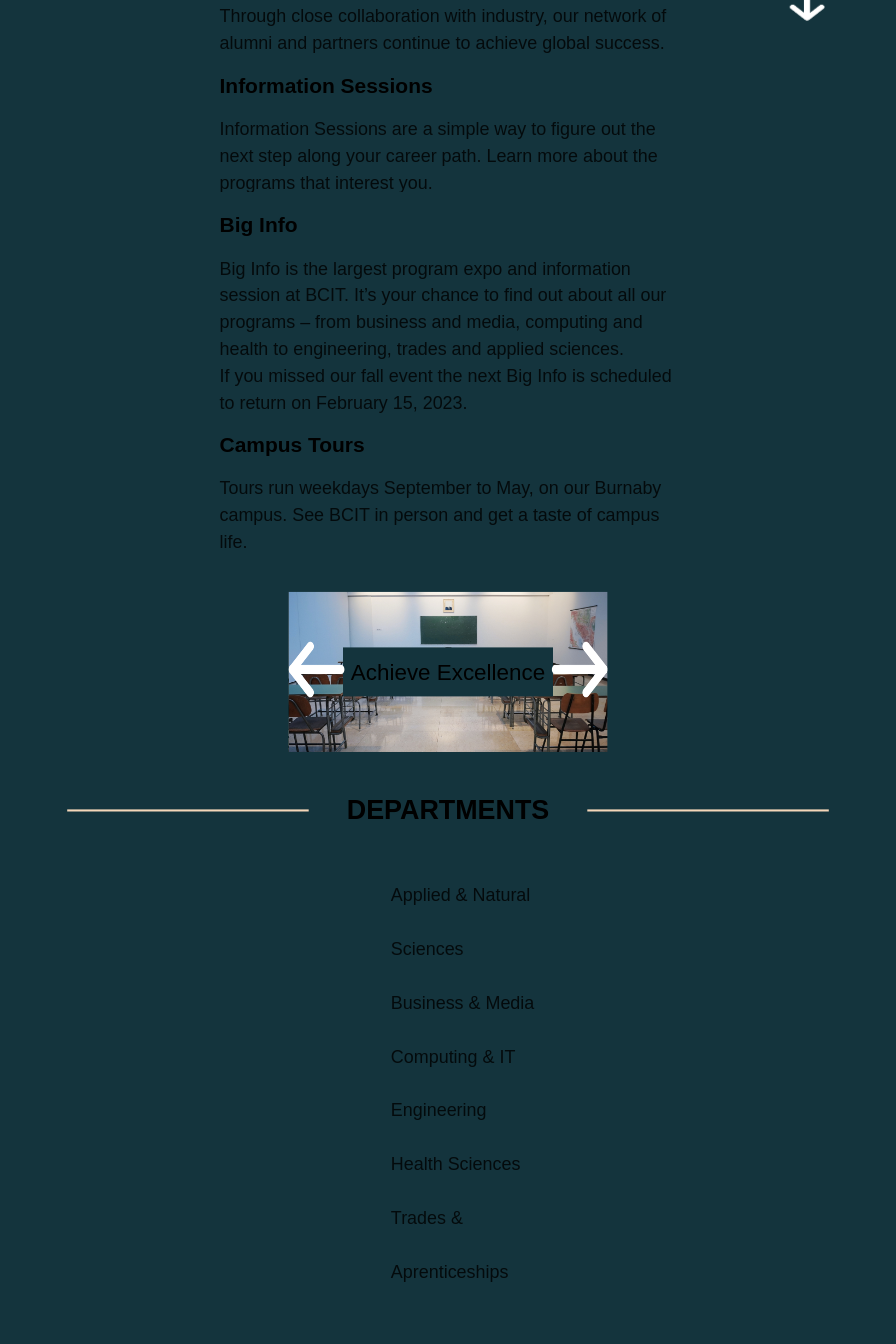
Repository: Kinakopan/playwright_bcit
Page: /about
The author's editor kept a copy of each file at every save. The page is drawn from the files as they stood at one save, then again after the next save.
The browser window is 1280 px wide. The pictures show the part of the page from y = 635 to 2555 px (the page is 2586 px tall), at 70% of full size.
Some web fonts or font styles are not loaded; a fallback is used. The project was rebuilt for these pictures with package versions that can differ from the ones it lists, and the page was loaded fresh each time. The framework's server and built-in components were replaced by stand-ins that run in the browser. Also part of the build but not shown: next.config.js.

Above is the page before, as saved 2023-01-28 14:00:04.

### pages/_app.js
// import '@/styles/globals.css'
import '../styles/globals.css'
import '../styles/variables.css'
import Head from 'next/head'

export default function App({ Component, pageProps }) {
  return (
    <>
      <Head>
        <title>Example #1</title>
        <meta name="description" content="Generated by create next app" />
        <meta name="viewport" content="width=device-width, initial-scale=1" />
        <link href="https://fonts.googleapis.com/css2?family=Myriad+Pro:wght@100;400;700&display=swap" rel="stylesheet" />
        <link rel="icon" href="/favicon.ico" />
      </Head>
      <Component {...pageProps} />
    </>
  )
}

### pages/about.js
// import axios from 'axios'
import Link from "next/link";
import styles from "@/styles/Home.module.css";
import Arrow from "/components/arrow";
import Navbar from "/components/navbar";
import MyCarousel from "/components/carousel";
import { Inter } from "@next/font/google";
import { useState, useEffect } from "react";

const inter = Inter({ subsets: ["latin"] });

export default function About() {
  return (
    <>
      <div className={styles.body_about}>
        <div className={styles.wrapper}>
          <Navbar />

          {/* Main contents under nav bar */}
          <main className={styles.main}>
            {/* About Us */}
            <h1 className={styles.text_heading1}>About Us</h1>

            <div className={styles.cont_section1}>
              <p className={styles.text_body}>
                We are proud to deliver an education that goes beyond textbooks
                and classrooms.
              </p>

              <p className={styles.text_body}>
                Our students gain the technical skills, real-world experience,
                and problem-solving ability needed to embrace complexity and
                lead innovation in a rapidly changing workforce.
              </p>

              <p className={styles.text_body}>
                Through close collaboration with industry, our network of alumni
                and partners continue to achieve global success.
              </p>

              <h3 className={styles.text_heading2}>Information Sessions</h3>

              <p className={styles.text_body}>
                Information Sessions are a simple way to figure out the next
                step along your career path. Learn more about the programs that
                interest you.
              </p>

              <h3 className={styles.text_heading2}>Big Info</h3>

              <p className={styles.text_body}>
                Big Info is the largest program expo and information session at
                BCIT. It’s your chance to find out about all our programs – from
                business and media, computing and health to engineering, trades
                and applied sciences.
                <br />
                If you missed our fall event the next Big Info is scheduled to
                return on February 15, 2023.
              </p>

              <h3 className={styles.text_heading2}>Campus Tours</h3>

              <p className={styles.text_body}>
                Tours run weekdays September to May, on our Burnaby campus. See
                BCIT in person and get a taste of campus life.
              </p>

              <MyCarousel></MyCarousel>

              {/* CSS Carousel */}
              {/* <section className={styles.carousel} aria-label="Gallery">
                <ol className={styles.carousel__viewport}>
                  <li
                    id="carousel__slide1"
                    tabindex="0"
                    className={styles.carousel__slide}
                  >
                    <div className={styles.carousel__snapper}>
                      <a href="#carousel__slide4" className={styles.carousel__prev}>
                        Go to last slide
                      </a>
                      <a href="#carousel__slide2" className={styles.carousel__next}>
                        Go to next slide
                      </a>
                    </div>
                  </li>
                  <li
                    id="carousel__slide2"
                    tabindex="0"
                    className={styles.carousel__slide}
                  >
                    <div className={styles.carousel__snapper}></div>
                    <a href="#carousel__slide1" className={styles.carousel__prev}>
                      Go to previous slide
                    </a>
                    <a href="#carousel__slide3" className={styles.carousel__next}>
                      Go to next slide
                    </a>
                  </li>
                  <li
                    id="carousel__slide3"
                    tabindex="0"
                    className={styles.carousel__slide}
                  >
                    <div className={styles.carousel__snapper}></div>
                    <a href="#carousel__slide2" className={styles.carousel__prev}>
                      Go to previous slide
                    </a>
                    <a href="#carousel__slide4" className={styles.carousel__next}>
                      Go to next slide
                    </a>
                  </li>
                  <li
                    id="carousel__slide4"
                    tabindex="0"
                    className={styles.carousel__slide}
                  >
                    <div className={styles.carousel__snapper}></div>
                    <a href="#carousel__slide3" className={styles.carousel__prev}>
                      Go to previous slide
                    </a>
                    <a href="#carousel__slide1" className={styles.carousel__next}>
                      Go to first slide
                    </a>
                  </li>
                </ol>
                <aside className={styles.carousel__navigation}>
                  <ol className={styles.carousel__navigation_list}>
                    <li className={styles.carousel__navigation_item}>
                      <a
                        href="#carousel__slide1"
                        className={styles.carousel__navigation_button}
                      >
                        Go to slide 1
                      </a>
                    </li>
                    <li className={styles.carousel__navigation_item}>
                      <a
                        href="#carousel__slide2"
                        className={styles.carousel__navigation_button}
                      >
                        Go to slide 2
                      </a>
                    </li>
                    <li className={styles.carousel__navigation_item}>
                      <a
                        href="#carousel__slide3"
                        className={styles.carousel__navigation_button}
                      >
                        Go to slide 3
                      </a>
                    </li>
                    <li className={styles.carousel__navigation_item}>
                      <a
                        href="#carousel__slide4"
                        className={styles.carousel__navigation_button}
                      >
                        Go to slide 4
                      </a>
                    </li>
                  </ol>
                </aside>
              </section> */}

              <div></div>
            </div>

            {/* DEPARTMENTS */}
            <h2 className={styles.text_heading1}>DEPARTMENTS</h2>

            <div className={styles.cont_section2}>
              <ul className={styles.box_list}>
                <li>Applied & Natural Sciences</li>
                <li>Business & Media</li>
                <li>Computing & IT</li>
                <li>Engineering</li>
                <li>Health Sciences</li>
                <li>Trades & Aprenticeships</li>
              </ul>
            </div>
          </main>

          <Arrow />
        </div>
      </div>
    </>
  );
}

### styles/variables.css
:root {
  --primary-color: |#fff;
  --secondary-color: #F4D6B9;
  --ternary-color: #7796A4;
  --quaternary-color: #14343D;
  --quinary-color: rgba(16,46,53,0.5);
}

### styles/Home.module.css
@import '/styles/variables.css';

.main {
  display: flex;
  flex-direction: column;
  justify-content: space-between;
  align-items: center;
  padding: 6rem;
  min-height: 100vh;
}

.description {
  display: inherit;
  justify-content: inherit;
  align-items: inherit;
  font-size: 0.85rem;
  max-width: var(--max-width);
  width: 100%;
  z-index: 2;
  font-family: var(--font-mono);
}

.description a {
  display: flex;
  justify-content: center;
  align-items: center;
  gap: 0.5rem;
}

.description p {
  position: relative;
  margin: 0;
  padding: 1rem;
  background-color: rgba(var(--callout-rgb), 0.5);
  border: 1px solid rgba(var(--callout-border-rgb), 0.3);
  border-radius: var(--border-radius);
}

.code {
  font-weight: 700;
  font-family: var(--font-mono);
}

.grid {
  display: grid;
  grid-template-columns: repeat(4, minmax(25%, auto));
  width: var(--max-width);
  max-width: 100%;
}

.card {
  padding: 1rem 1.2rem;
  border-radius: var(--border-radius);
  background: rgba(var(--card-rgb), 0);
  border: 1px solid rgba(var(--card-border-rgb), 0);
  transition: background 200ms, border 200ms;
}

.card span {
  display: inline-block;
  transition: transform 200ms;
}

.card h2 {
  font-weight: 600;
  margin-bottom: 0.7rem;
}

.card p {
  margin: 0;
  opacity: 0.6;
  font-size: 0.9rem;
  line-height: 1.5;
  max-width: 30ch;
}

.center {
  display: flex;
  justify-content: center;
  align-items: center;
  position: relative;
  padding: 4rem 0;
}

.center::before {
  background: var(--secondary-glow);
  border-radius: 50%;
  width: 480px;
  height: 360px;
  margin-left: -400px;
}

.center::after {
  background: var(--primary-glow);
  width: 240px;
  height: 180px;
  z-index: -1;
}

.center::before,
.center::after {
  content: '';
  left: 50%;
  position: absolute;
  filter: blur(45px);
  transform: translateZ(0);
}

.logo,
.thirteen {
  position: relative;
}

.thirteen {
  display: flex;
  justify-content: center;
  align-items: center;
  width: 75px;
  height: 75px;
  padding: 25px 10px;
  margin-left: 16px;
  transform: translateZ(0);
  border-radius: var(--border-radius);
  overflow: hidden;
  box-shadow: 0px 2px 8px -1px #0000001a;
}

.thirteen::before,
.thirteen::after {
  content: '';
  position: absolute;
  z-index: -1;
}

/* Conic Gradient Animation */
.thirteen::before {
  animation: 6s rotate linear infinite;
  width: 200%;
  height: 200%;
  background: var(--tile-border);
}

/* Inner Square */
.thirteen::after {
  inset: 0;
  padding: 1px;
  border-radius: var(--border-radius);
  background: linear-gradient(
    to bottom right,
    rgba(var(--tile-start-rgb), 1),
    rgba(var(--tile-end-rgb), 1)
  );
  background-clip: content-box;
}

/* Enable hover only on non-touch devices */
@media (hover: hover) and (pointer: fine) {
  .card:hover {
    background: rgba(var(--card-rgb), 0.1);
    border: 1px solid rgba(var(--card-border-rgb), 0.15);
  }

  .card:hover span {
    transform: translateX(4px);
  }
}

@media (prefers-reduced-motion) {
  .thirteen::before {
    animation: none;
  }

  .card:hover span {
    transform: none;
  }
}

/* Mobile */
@media (max-width: 700px) {
  .content {
    padding: 4rem;
  }

  .grid {
    grid-template-columns: 1fr;
    margin-bottom: 120px;
    max-width: 320px;
    text-align: center;
  }

  .card {
    padding: 1rem 2.5rem;
  }

  .card h2 {
    margin-bottom: 0.5rem;
  }

  .center {
    padding: 8rem 0 6rem;
  }

  .center::before {
    transform: none;
    height: 300px;
  }

  .description {
    font-size: 0.8rem;
  }

  .description a {
    padding: 1rem;
  }

  .description p,
  .description div {
    display: flex;
    justify-content: center;
    position: fixed;
    width: 100%;
  }

  .description p {
    align-items: center;
    inset: 0 0 auto;
    padding: 2rem 1rem 1.4rem;
    border-radius: 0;
    border: none;
    border-bottom: 1px solid rgba(var(--callout-border-rgb), 0.25);
    background: linear-gradient(
      to bottom,
      rgba(var(--background-start-rgb), 1),
      rgba(var(--callout-rgb), 0.5)
    );
    background-clip: padding-box;
    backdrop-filter: blur(24px);
  }

  .description div {
    align-items: flex-end;
    pointer-events: none;
    inset: auto 0 0;
    padding: 2rem;
    height: 200px;
    background: linear-gradient(
      to bottom,
      transparent 0%,
      rgb(var(--background-end-rgb)) 40%
    );
    z-index: 1;
  }
}

/* Tablet and Smaller Desktop */
@media (min-width: 701px) and (max-width: 1120px) {
  .grid {
    grid-template-columns: repeat(2, 50%);
  }
}

@media (prefers-color-scheme: dark) {
  .vercelLogo {
    filter: invert(1);
  }

  .logo,
  .thirteen img {
    filter: invert(1) drop-shadow(0 0 0.3rem #ffffff70);
  }
}

@keyframes rotate {
  from {
    transform: rotate(360deg);
  }
  to {
    transform: rotate(0deg);
  }
}



/*****************************
******************************
            AUTHOR
******************************
*****************************/

/*============================
    From here - Common Style
============================*/
/* From here - components/navbar.js */
.nav {
  display: flex;
  flex-direction: row;
  justify-content: space-between;
  width: 100%;
  padding: 3% 8% 0 8%;
}

.burgar,
.hat {
  width: fit-content;
}

/* From here - components/arrow.js */
.arrowBox {
  flex: 1;
  display: flex;
  flex-direction: column;
  justify-content: space-between;
  align-items: flex-end;
  position: fixed;
  width: fit-content;
  height: 12%;
  right: 8%;
  bottom: 10%;
}

.arrowBox * {
  background: transparent;
  border: none;
}

/* From here - general */
.body_home,
.body_about,
.body_contact,
.wrapper {
  display: flex;
  flex-direction: column;
  width: 100vw;
}

.body_home,
.body_about,
.body_contact {
  /* font-size: 62.5%; */
  background-size: cover;
  background-position: center;
  background-repeat: no-repeat;
  line-height: 1.5;
  font-family: 'Myriad Pro', sans-serif;
  font-weight: 100;
  text-align: left;
}

.wrapper {
  font-size: 1.6rem;
  background-size: cover;
}

.main {
  display: flex;
  width: 100%;
}

/* .text_heading_h1 {

}

.text_heading_h2 {

} */
/*============================
    From here - Home Page
============================*/
.body_home {
  height: 100vh;
  overflow: hidden;
}

.body_home .main {
  flex-direction: row;
  justify-content: flex-start;
  align-items: flex-end;
  padding: 0 0 12% 21%;
}

.body_home .cont_main {
  display: flex;
  flex-direction: column;
  width: 48%;
}

.body_home .cont_main * {
  color: var(--primary-color);
}

.body_home .text_heading1 {
  font-family: 'Myriad Pro', sans-serif;
  /* font-size: 3.6rem; */
  font-size: 220%;
  line-height: 1.3;
  padding-bottom: 3%;
  margin-bottom: 3%;
  border-bottom: 4px solid;
  border-image: linear-gradient(to right, rgba(244,214,185,1) 0%, rgba(244,214,185,1) 69%, rgba(244,214,185,0) 69%, rgba(244,214,185,0) 100%) 1;
}

.body_home .text_body,
.body_home .box_btn * {
  opacity: .9;
}

.body_home .box_btn {
  display: flex;
  flex-direction: row;
}

.body_home .box_btn * {
  font-size: 1.4rem;
  background: transparent;
  padding: .3% 3%;
  border: 3px solid;
  border-color: var(--primary-color);
  border-radius: 10px;
  margin: 3% 2.5% 0 0;
}

.body_home .btn_about:hover {
  color: transparent;
  background: white;
}

/*============================
    From here - About Page
============================*/
.body_about {
  background: var(--quaternary-color);
}

.body_about .text_heading1 {
  display: flex;
  align-items: center;
  width: 100%;
  padding: 5% 0;
}

.body_about .text_heading1:before,
.body_about .text_heading1:after {
  content: "";
  height: 3px;
  flex-grow: 1;
  background: var(--secondary-color);
}

.body_about .text_heading1:before {
  margin-right: 5%;
}

.body_about .text_heading1:after {
  margin-left: 5%;
}

.body_about .cont_section1,
.body_about .cont_section2 {
  display: flex;
  flex-direction: column;
  justify-content: flex-start;
  width: 60%;
}
.body_about .cont_section2 {
  width: 25%;
  padding-left: 5%;
}

.body_about .text_heading2,
.body_about .text_body {
  margin-bottom: 3%;
}

.body_about .text_heading2 {
  justify-content: flex-start;
}

.body_about .text_body,
.body_about .box_list *  {
  opacity: .8;
}

.body_about .box_list * {
  list-style: none;
  line-height: 3;
}

/* Carousel */
.carousel_cont {
  display: flex;
  align-self: center;
  width: 70%;
  margin-top: 5%;
  padding-top: 35%;
  overflow: hidden;
  position: relative;
}

.carousel_wrapper {
  display: flex;
  justify-content: center;
  width: 100%;
  height: 100%;
  position: absolute;
  top: 0;
  left: 0;
}

.carousel_slide {
  width: 100%;
  height: 100%;
  background-size: cover;
  background-position: top center;
}

.carousel_position {
  position: absolute;
  top: 50%;
  transform: translateY(-50%);
}

.carousel_textBox {
  background: var(--quaternary-color);
  padding: 2.5%;
}

.carousel_text {
  font-size: 2rem;
}

.carousel_slide:not(.carousel_active),
.carousel_text:not(.carousel_active) {
  display: none;
}

.carousel_prevBtn,
.carousel_nextBtn {
  font-size: 2rem;
  cursor: pointer;
  border: none;
  background: transparent;
}

.carousel_prevBtn {
  left: 0;
}

.carousel_nextBtn {
  right: 0;
}


/*============================
    From here - Contact Page
============================*/

### components/arrow.js
import Image from 'next/image';
import styles from '@/styles/Home.module.css';

export default function Arrow() {
  return (
    <div className={styles.arrowBox}>
      <button
        className={styles.arrowDown}
        onClick={() => setUpArrowClicked(true)}
      >
        <Image
          src='/icons/upwardArrow.png'
          alt="Upward arrow icon"
          width={50}
          height={50}
        />
      </button>

      <button
        className={styles.arrowDown}
        onClick={() => setDownArrowClicked(true)}
      >
        <Image
          src='/icons/downwardArrow.png'
          alt="Downward arrow icon"
          width={50}
          height={50}
        />
      </button>
    </div>
  )
}

### components/navbar.js
import Image from 'next/image';
import styles from '@/styles/Home.module.css';

export default function Navbar() {
  return (
    <nav className={styles.nav}>
      <Image
        className={styles.burgar}
        src='/icons/menu-icon.png'
        alt="menu icon"
        width={50}
        height={50}
      />
      <Image
        className={styles.hat}
        src='/icons/graduation-hat.png'
        alt="Graduation hat icon"
        width={50}
        height={50}
      />
    </nav>
  )
}

### components/carousel.js
import React, { useState } from 'react'
import styles from "@/styles/Home.module.css";
import Image from 'next/image'

const MyCarousel = () => {
  const [currentSlide, setCurrentSlide] = useState(0)
  const images = [
      '/carousel-images/0.jpg',
      '/carousel-images/1.jpg',
      '/carousel-images/2.jpg',
      '/carousel-images/3.jpg',
      '/carousel-images/4.jpg',
  ]
  const texts = [
      'Achieve Excellence',
      'Embrace Innovation',
      'Champion Diversity',
      'Pursue Collaboration',
      'Engage With Respect',
  ]

  return (
      <div className={styles.carousel_cont}>
        <div className={styles.carousel_wrapper}>
          {images.map((image, index) => (
            <div
              key={index}
              className={`${styles.carousel_slide} ${currentSlide === index ? styles.carousel_active : ''}`}
              style={{
                backgroundImage: `url(${image})`
              }}
            />
          ))}

          <div className={`${styles.carousel_textBox} ${styles.carousel_position}`}>
            {texts.map((text, index) => (
              <p
                key={index}
                className={`${styles.carousel_text} ${currentSlide === index ? styles.carousel_active : ''}`}
              >{text}</p>
            ))}
          </div>

          <button
            className={`${styles.carousel_prevBtn} ${styles.carousel_position}`}
            onClick={() => setCurrentSlide((currentSlide - 1 + images.length) % images.length)}
            >
            <Image
              src="/icons/leftArrow.png"
              alt="Arrow icon to show the previous slide"
              width={80}
              height={80}
            />
          </button>
          <button
            className={`${styles.carousel_nextBtn} ${styles.carousel_position}`}
            onClick={() => setCurrentSlide((currentSlide + 1) % images.length)}
            >
            <Image
              src="/icons/rightArrow.png"
              alt="Arrow icon to show the next slide"
              width={80}
              height={80}
            />
          </button>
        </div>
      </div>
  )
}

export default MyCarousel

Loaded but not shown: pages/_document.js (common file); styles/globals.css (common file)

After the next save:
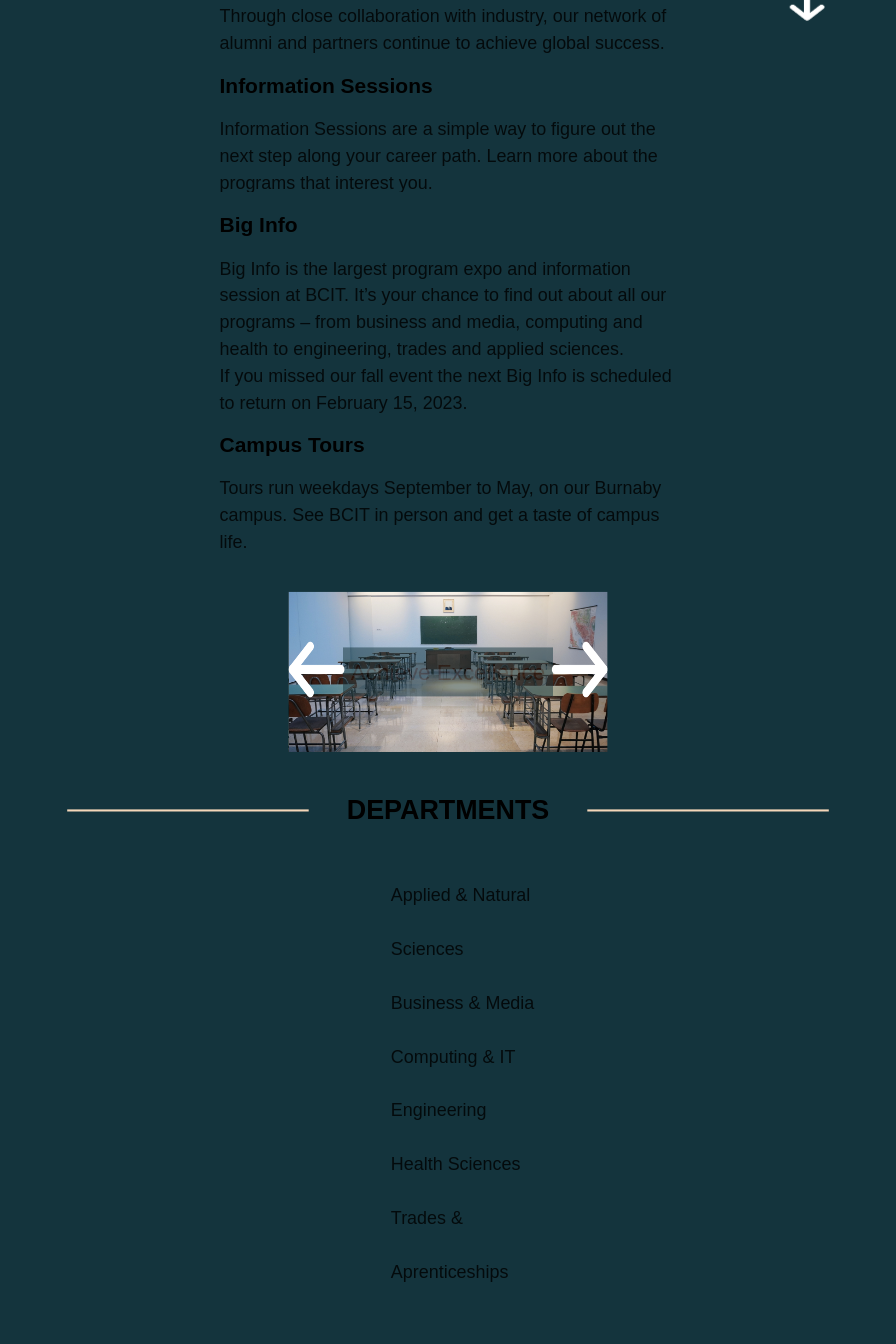
Saved 12 s later.
--- a/styles/Home.module.css
+++ b/styles/Home.module.css
@@ -522,6 +522,7 @@
 .carousel_textBox {
   background: var(--quaternary-color);
   padding: 2.5%;
+  opacity: .5;
 }
 
 .carousel_text {
